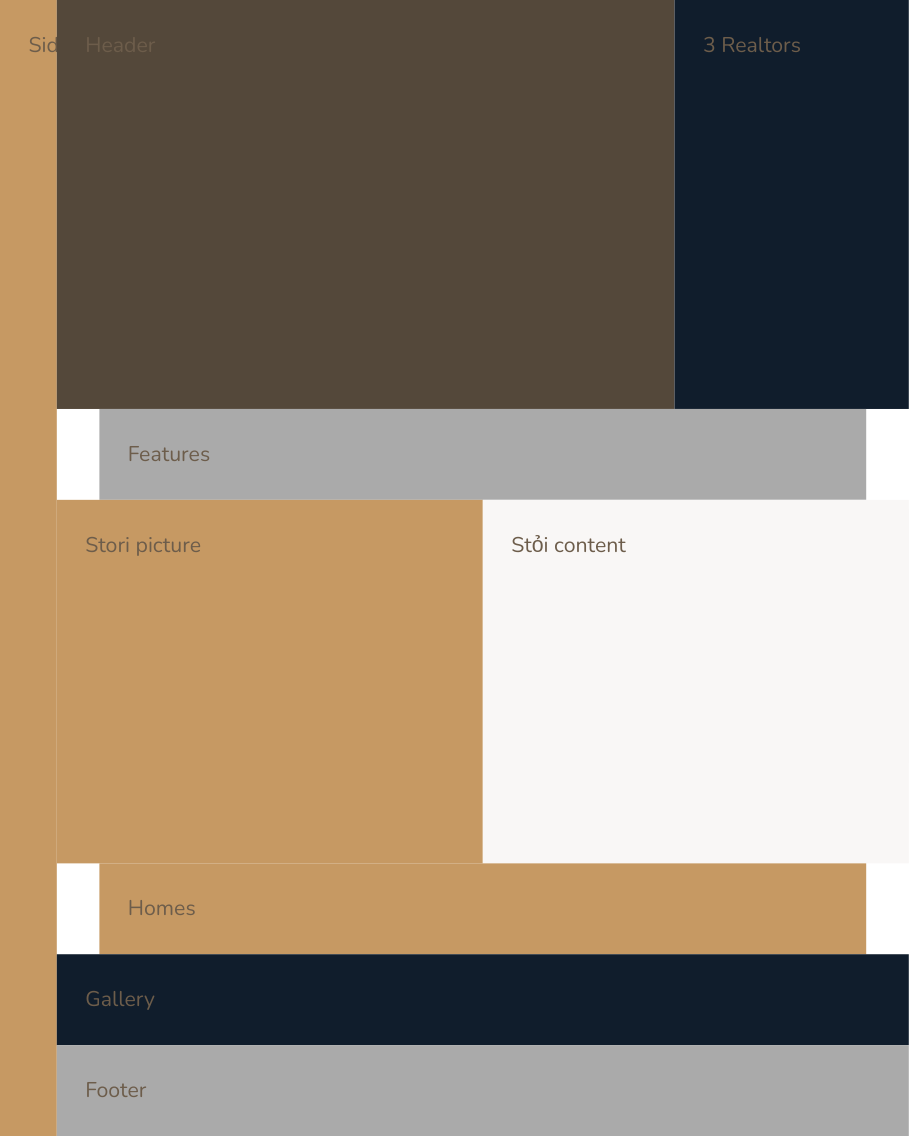
Repository: m2pd/your-home
Page: index.html
An editor plug-in stored every save of this project. The page is shown before and after the next save, followed by the edit.
The browser window is 1280 px wide. The pictures show the whole page, at 71% of full size.
The style sheet was rebuilt from its Sass, Less or Tailwind sources for each picture, by a compiler version that may differ from the author's.

Above is the page before, as saved 2020-02-27 08:49:20.

### index.html
<!DOCTYPE html>
<html lang="en">
    <head>
        <meta charset="UTF-8">
        <meta name="viewport" content="width=device-width, initial-scale=1.0">
        <meta http-equiv="X-UA-Compatible" content="ie=edge">

        <link href="https://fonts.googleapis.com/css?family=Josefin+Sans:300,400,400i|Nunito:300,300i" rel="stylesheet">
        <link rel="stylesheet" href="css/style.css">
        <link rel="shortcut icon" type="image/png" href="img/favicon.png">

        <title>nexter &mdash; your home, your freedom</title>
    </head>
    <body class="container">

        <div class="sidebar">
            Sidebar
        </div>

        <header class="header">
            Header
        </header>

        <div class="realtors">
            3 Realtors
        </div>

        <div class="features">
            Features
        </div>

        <div class="story__pictures">
            Stori picture
        </div>

        <div class="story__content">
            Stỏi content
        </div>

        <section class="homes">
            Homes
        </section>

        <section class="gallery">
            Gallery
        </section>

        <footer class="footer">
            Footer
        </footer>

    </body>
</html>

### sass/_base.scss
// COLOR VARIABLES
$color-primary: #c69963;
$color-primary-dark: #B28451;

$color-secondary: #101d2c;

$color-grey-light-1: #f9f7f6;
$color-grey-light-2: #aaa;

$color-grey-dark-1: #54483A;
$color-grey-dark-2: #6D5D4B;

// FONT VARIABLES
$font-primary: 'Nunito', sans-serif;
$font-display: 'Josefin Sans', sans-serif;


*,
*::before,
*::after{
    margin:0;
    padding:0;
    box-sizing: inherit;
}

html{
    font-size:62.5%;
    box-sizing: border-box;
}

body{
    font-family: $font-primary;
    color: $color-grey-dark-2;
    font-weight: 300;
    line-height: 1.6;
}

.container{
    display: grid;
    grid-template-rows: 80vh min-content 40vw repeat(3, min-content);
    grid-template-columns:[sidebar-start] 8rem [sidebar-end full-start] minmax(6rem, 1fr) [center-start] repeat(8, [col-start] minmax(min-content, 14rem) [col-end]) [center-end] minmax(6rem, 1fr) [full-end];

    & > *{
        font-size: 3rem;
        padding: 4rem;
    }
}

### sass/_features.scss
.features{
    background-color: $color-grey-light-2;
    grid-column: center-start /  center-end;
}

### sass/_story.scss
.story{
    &__pictures{
        background-color: $color-primary;
        grid-column: full-start / col-end 4;
    }

    &__content{
        background-color: $color-grey-light-1;
        grid-column: col-start 5 / full-end;
    }
}

### sass/_homes.scss
.homes{
    background-color: $color-primary;
    grid-column: center-start / center-end;
}

### sass/_gallery.scss
.gallery{
    background-color: $color-secondary;
    grid-column: full-start / full-end;
}

### sass/_footer.scss
.footer{
    background-color: $color-grey-light-2;
    grid-column: full-start / full-end;
}

Loaded but not shown: sass/main.scss (common file); sass/_sidebar.scss (common file); sass/_header.scss (common file); sass/_realtors.scss (common file); sass/_typography.scss (no stored copy; drawn as an empty file)

After the next save:
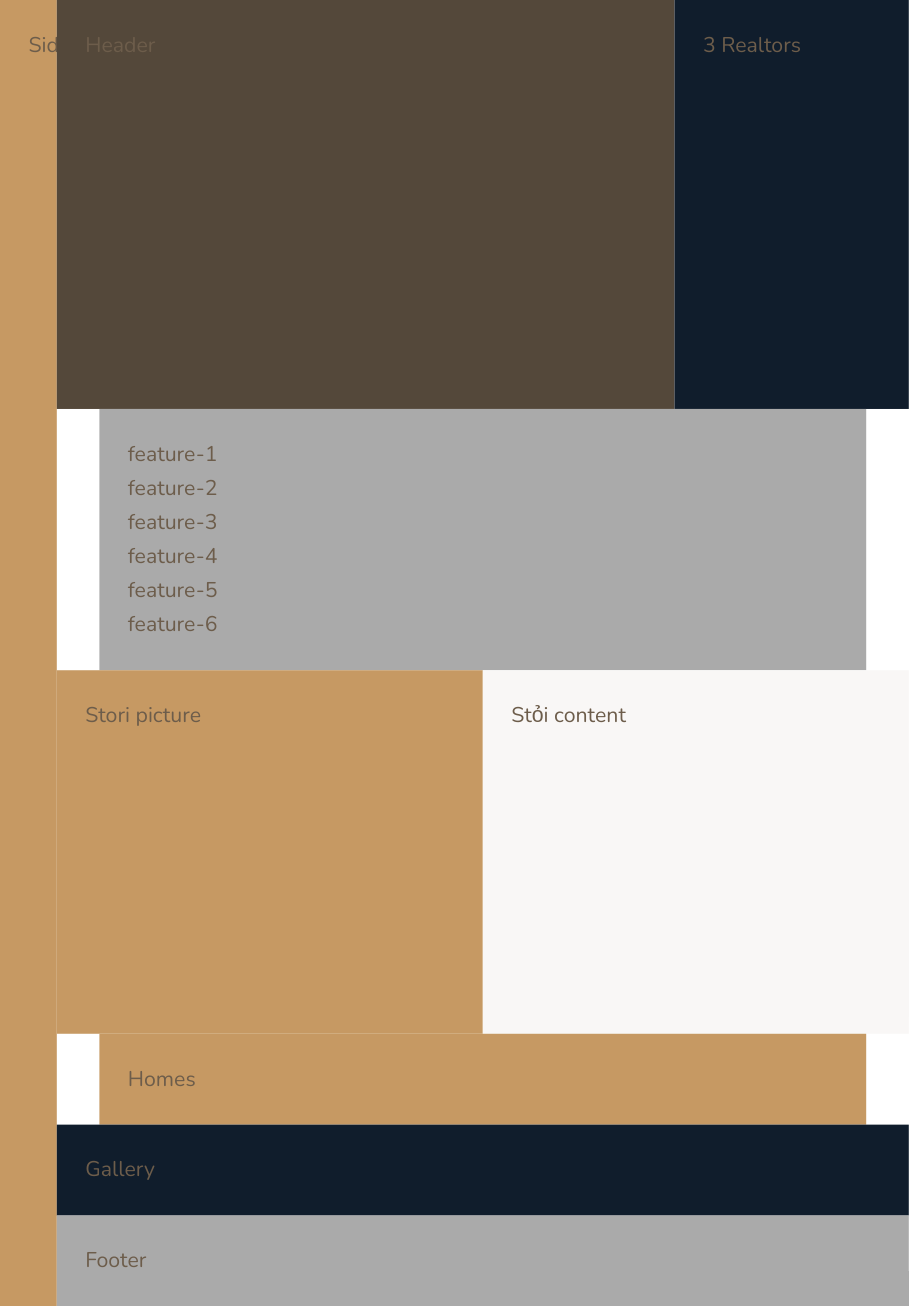
Saved 21 min 20 s later.
--- a/index.html
+++ b/index.html
@@ -26,7 +26,12 @@
         </div>
 
         <div class="features">
-            Features
+            <div class="feature feature-1">feature-1</div>
+            <div class="feature feature-2">feature-2</div>
+            <div class="feature feature-3">feature-3</div>
+            <div class="feature feature-4">feature-4</div>
+            <div class="feature feature-5">feature-5</div>
+            <div class="feature feature-6">feature-6</div>
         </div>
 
         <div class="story__pictures">
